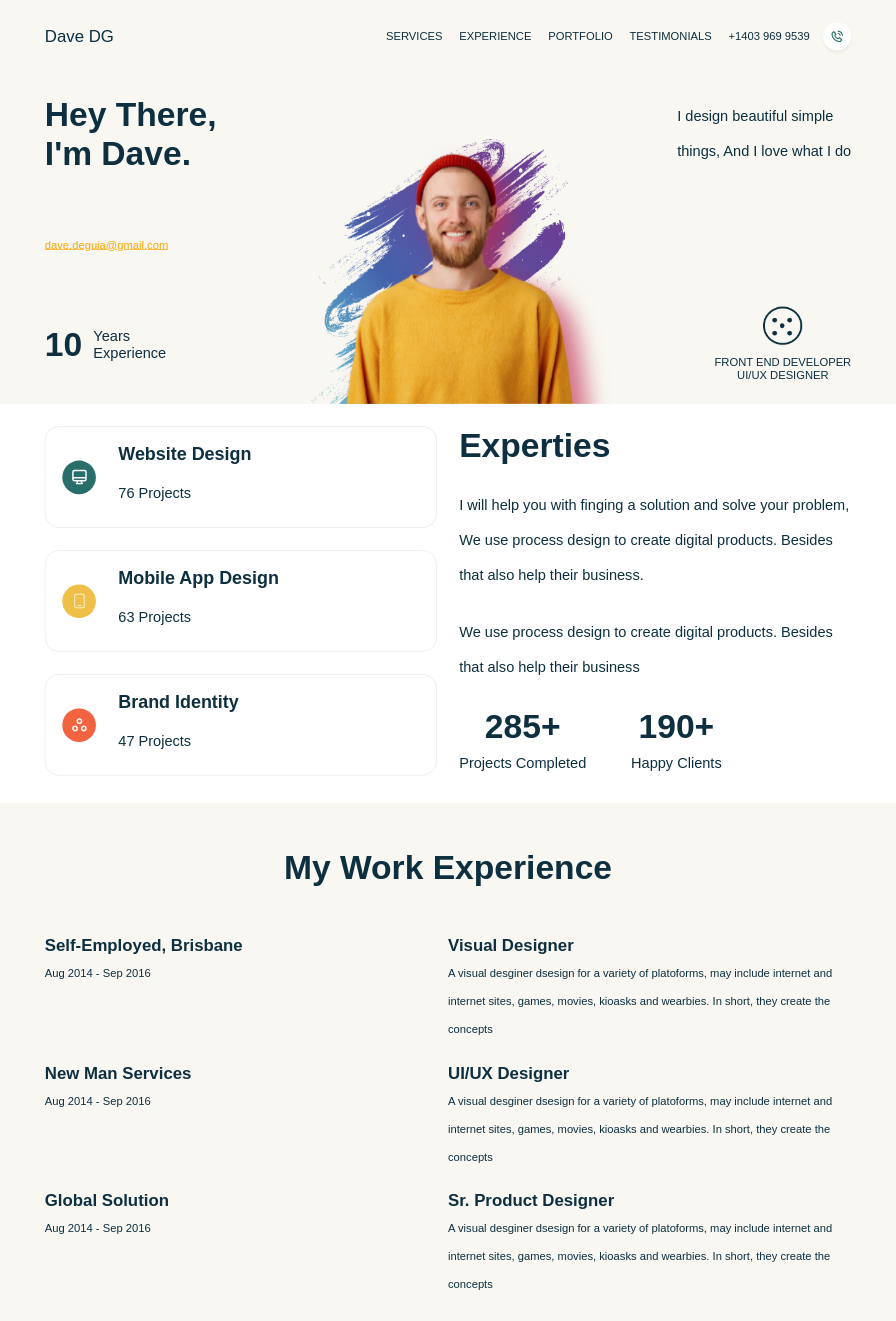
Repository: davedeguia/framer-motion-portfolio
Page: /
The author's editor kept a copy of each file at every save. The page is drawn from the files as they stood at one save, then again after the next save.
The browser window is 1280 px wide. The pictures show the whole page, at 70% of full size.
Some web fonts or font styles are not loaded; a fallback is used. The project was rebuilt for these pictures with package versions that can differ from the ones it lists, and the page was loaded fresh each time. Also part of the build but not shown: vite.config.js.

Above is the page before, as saved 2023-02-10 17:30:11.

After the next save:
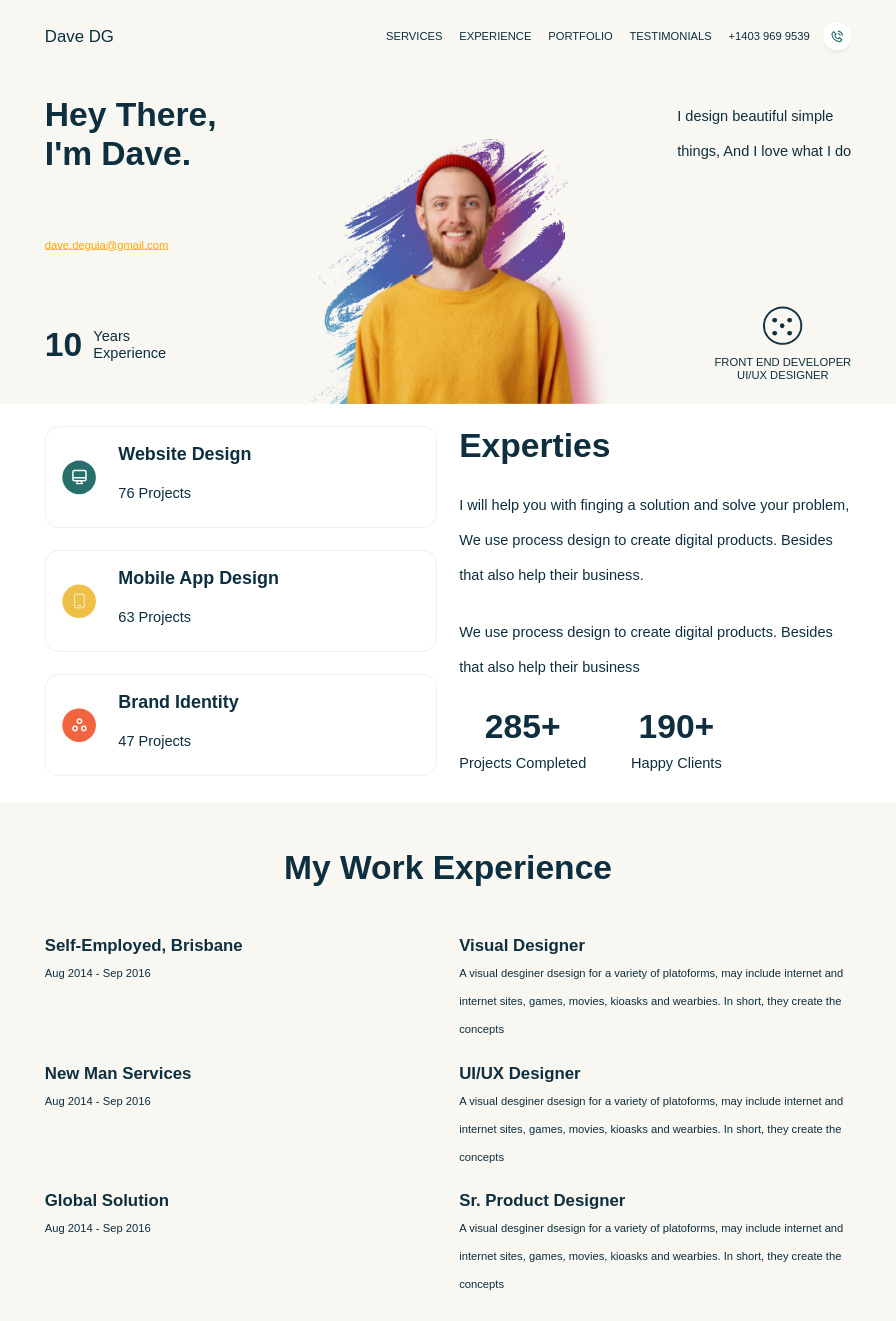
Saved 45 s later.
--- a/src/components/Works/Works.module.scss
+++ b/src/components/Works/Works.module.scss
@@ -20,6 +20,10 @@
                 >div {
                     flex: 1;
                 }
+
+                .role {
+                    margin-left: 2rem;
+                }
             }
         }
     }
